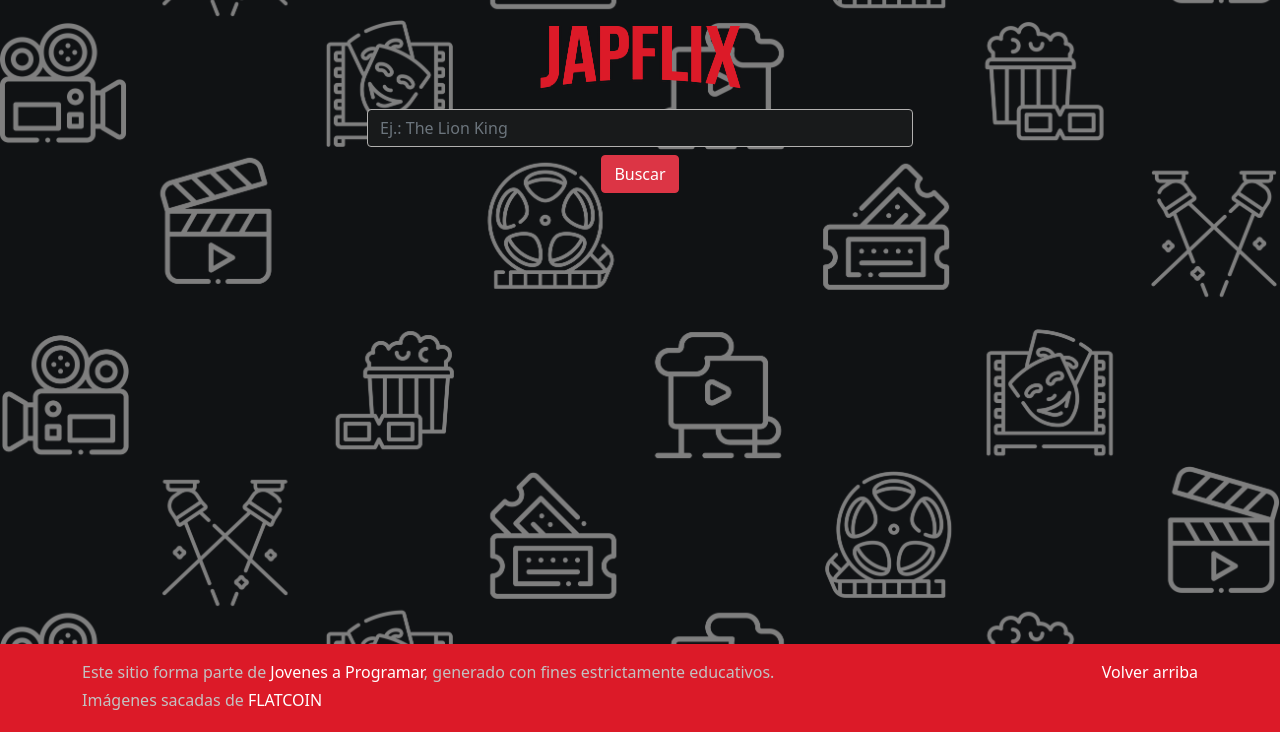
Repository: romancegirl/japflix
Page: index.html
An editor plug-in stored every save of this project. The page is shown before and after the next save, followed by the edit.
The browser window is 1280 px wide. The pictures show the whole page.
The page's requests for data from a server got no answer.

Above is the page before, as saved 2024-11-18 19:05:24.

After the next save:
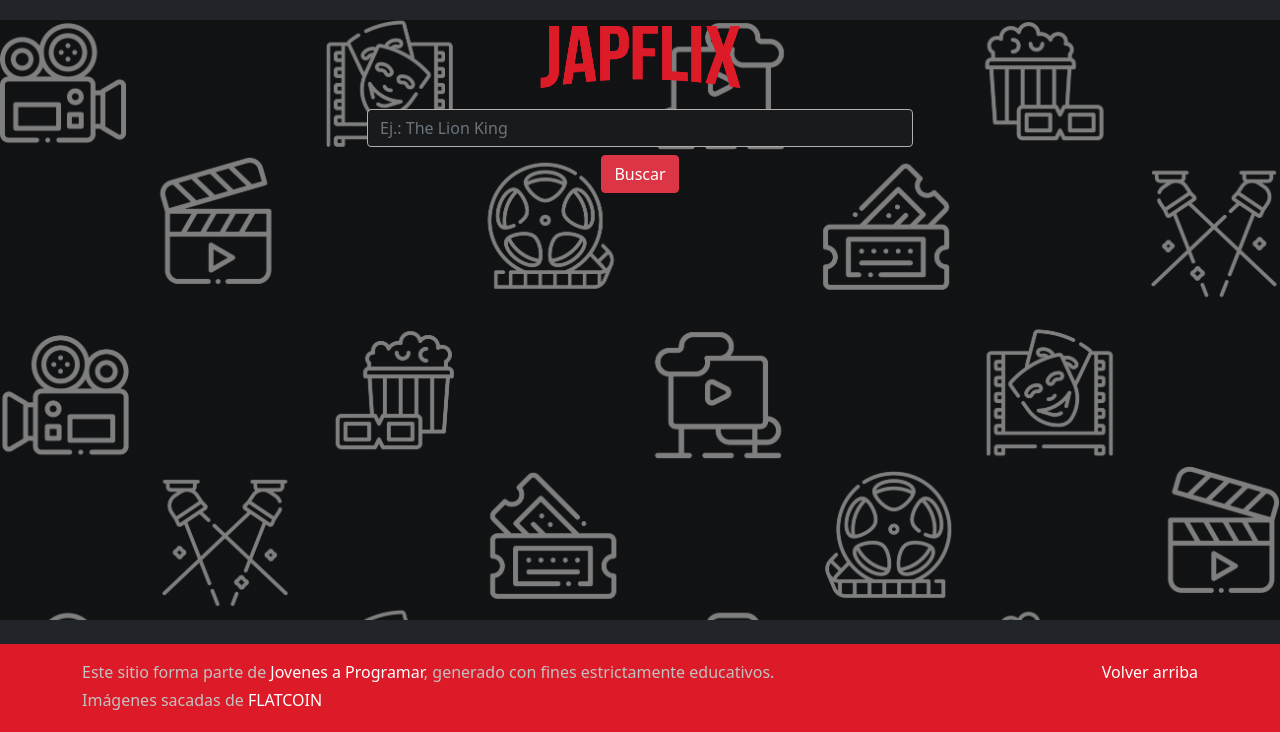
Saved 37 s later.
--- a/css/style.css
+++ b/css/style.css
@@ -1,17 +1,26 @@
 body {
-    background-color: #1C1E1F;
     color: #B2B1B0;
+}
+
+main {
+    position: relative;
+}
+
+main::after {
+    content: "";
+    position: absolute;
+    top: 20px; /* Espaciado desde la parte superior del main */
+    left: 0;
+    width: 100%;
+    height: calc(100% - 20px); /* Altura del fondo */
     background:
         linear-gradient(rgba(0, 0, 0, 0.5), rgba(0, 0, 0, 0.5)),
-        /* Capa de color */
         url('../img/background.png');
-    /* Imagen de fondo */
-    background-size: 80rem;
-    /* Tamaño de cada repetición (ajusta según necesites) */
-    background-position: top 20px center;
-    /* Centra horizontalmente y comienza 20px abajo */
-    background-repeat: repeat;
+    background-size: 80rem; /* Tamaño de los iconos */
+    background-repeat: repeat; /* Repetición del fondo */
+    z-index: -1; /* Detrás del contenido */
 }
+
 
 input[type="search"] {
     background-color: #181A1B;

After the save that followed:
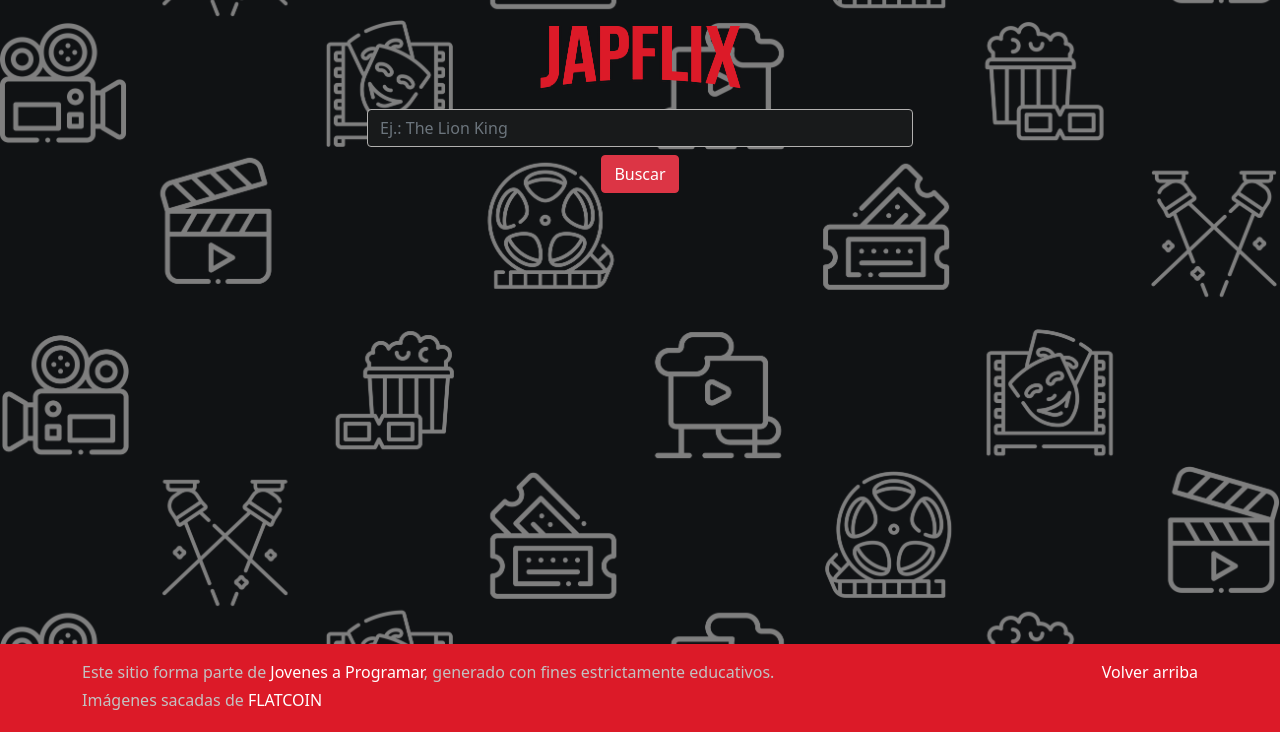
Saved 11 s later.
--- a/css/style.css
+++ b/css/style.css
@@ -1,26 +1,17 @@
 body {
+    background-color: #1C1E1F;
     color: #B2B1B0;
-}
-
-main {
-    position: relative;
-}
-
-main::after {
-    content: "";
-    position: absolute;
-    top: 20px; /* Espaciado desde la parte superior del main */
-    left: 0;
-    width: 100%;
-    height: calc(100% - 20px); /* Altura del fondo */
     background:
         linear-gradient(rgba(0, 0, 0, 0.5), rgba(0, 0, 0, 0.5)),
+        /* Capa de color */
         url('../img/background.png');
-    background-size: 80rem; /* Tamaño de los iconos */
-    background-repeat: repeat; /* Repetición del fondo */
-    z-index: -1; /* Detrás del contenido */
+    /* Imagen de fondo */
+    background-size: 80rem;
+    /* Tamaño de cada repetición (ajusta según necesites) */
+    background-position: top 20px center;
+    /* Centra horizontalmente y comienza 20px abajo */
+    background-repeat: repeat;
 }
-
 
 input[type="search"] {
     background-color: #181A1B;
